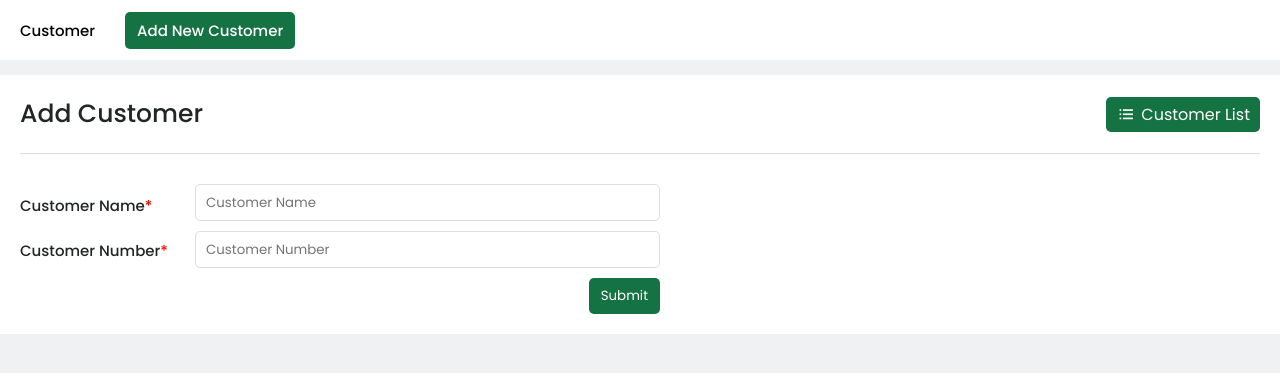
Repository: codebyaddro/customer-page
Page: pages/html/ancus.html
These files come from the project's save history. The page is drawn as it stood at one moment and after a run of saves; the edit follows.
The browser window is 1280 px wide. The pictures show the whole page.

Above is the page before, as saved 2025-02-20 15:22:25.

After the next 17 saves:
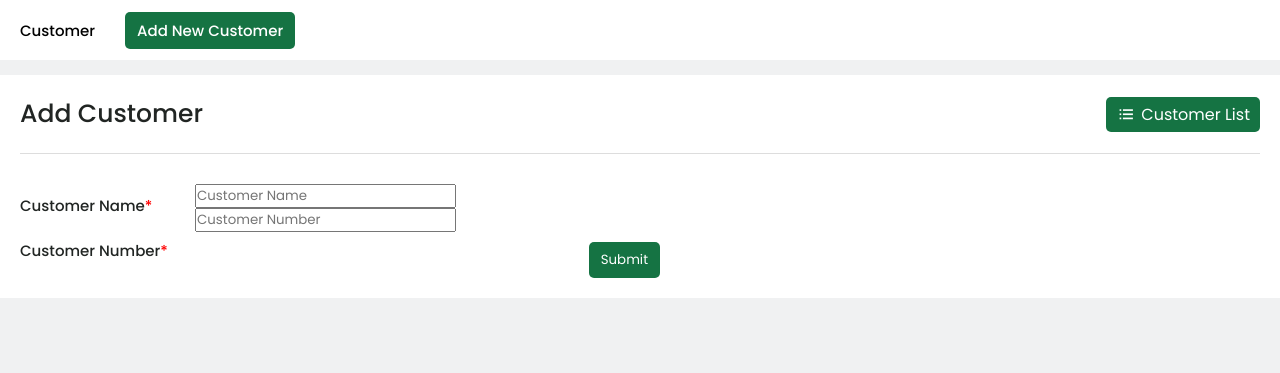
The 17 saves are shown as one change because they came seconds apart.
The last was saved 32 s later.
--- a/pages/css/ancus.css
+++ b/pages/css/ancus.css
@@ -168,7 +168,7 @@
     flex-direction: column;
 }
 
-
+.cba-ancus-input > input
 
 input[type="text"] {
     width: 100%;

After the save that followed:
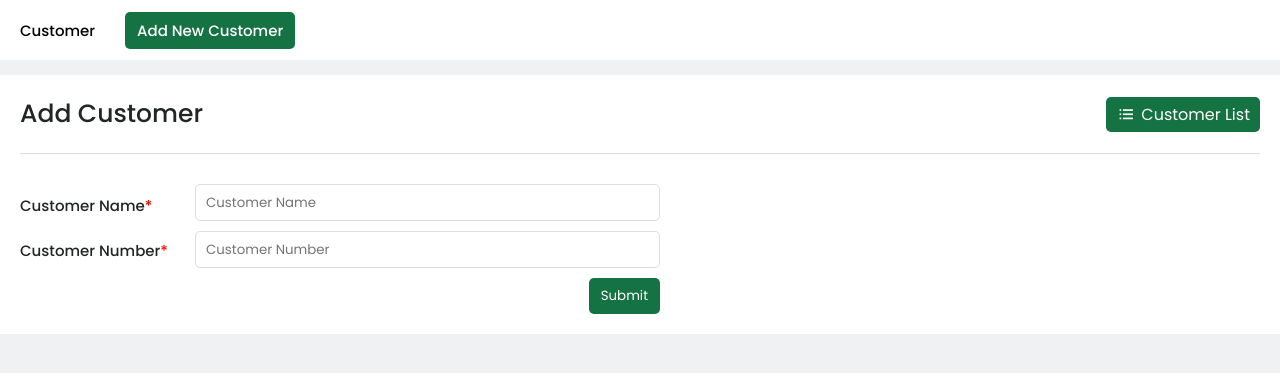
Saved 5 s later.
--- a/pages/css/ancus.css
+++ b/pages/css/ancus.css
@@ -168,9 +168,7 @@
     flex-direction: column;
 }
 
-.cba-ancus-input > input
-
-input[type="text"] {
+.cba-ancus-input > input {
     width: 100%;
     padding: 7.5px 10px;
     border: 1px solid var(--gray-black);
@@ -180,12 +178,22 @@
     margin-bottom: 10px;
 }
 
-select {
+input[type="text"] {
     width: 100%;
     padding: 7.5px 10px;
     border: 1px solid var(--gray-black);
     border-radius: 5px;
     outline: none;
+    margin-top: 0px;
+    margin-bottom: 10px;
+}
+
+select {
+    width: 100%;
+    padding: 7.5px 10px;
+    border: 1px solid var(--gray-black);
+    border-radius: 5px;
+    outline: none;
     appearance: none;
 }
 
